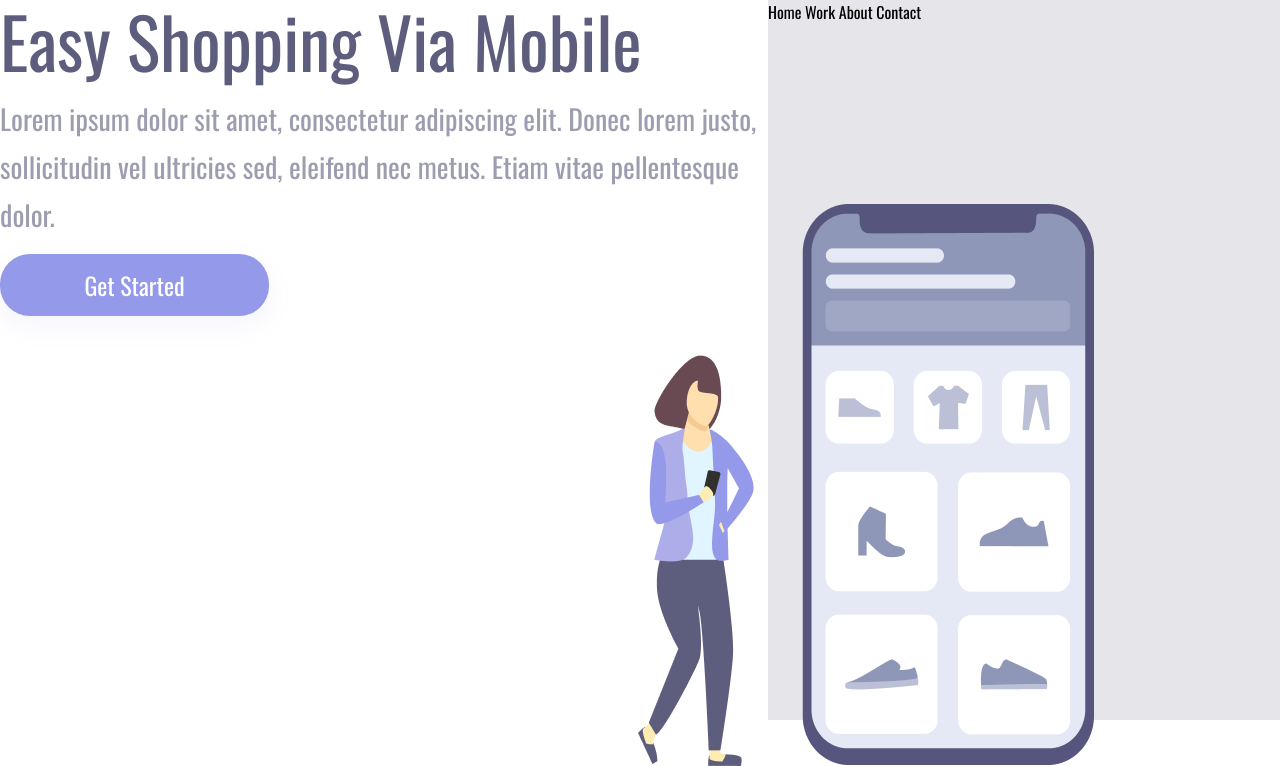
Repository: Leo-Marques-882/Projeto-Git-2
Page: index.html
The author's editor kept a copy of each file at every save. The page is drawn from the files as they stood at one save, then again after the next save.
The browser window is 1280 px wide. The pictures show the whole page.

Above is the page before, as saved 2023-03-06 23:51:59.

After the next save:
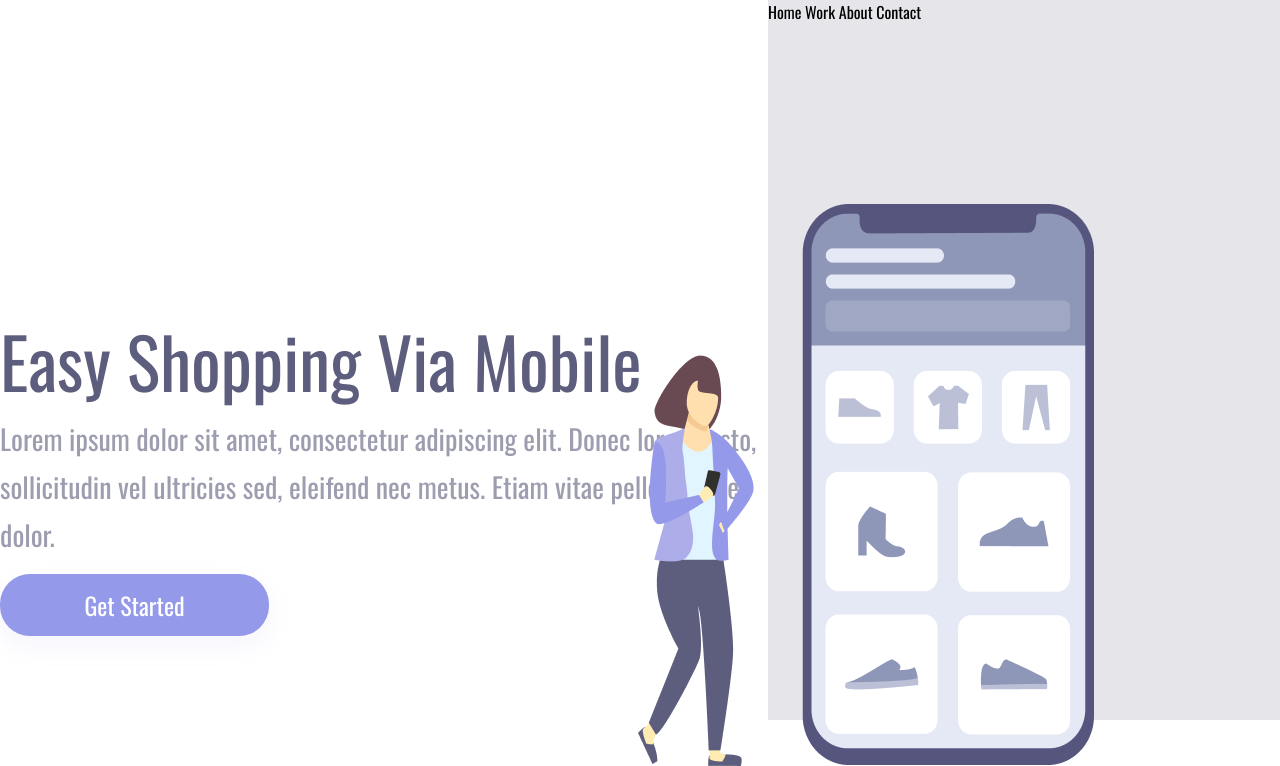
Saved 22 s later.
--- a/styless.css
+++ b/styless.css
@@ -14,7 +14,7 @@
 .container-left {
     display: inline-block;
     width: 60%;
-    margin top: 25%;
+    margin-top: 25%;
 }
 
 h1 {
